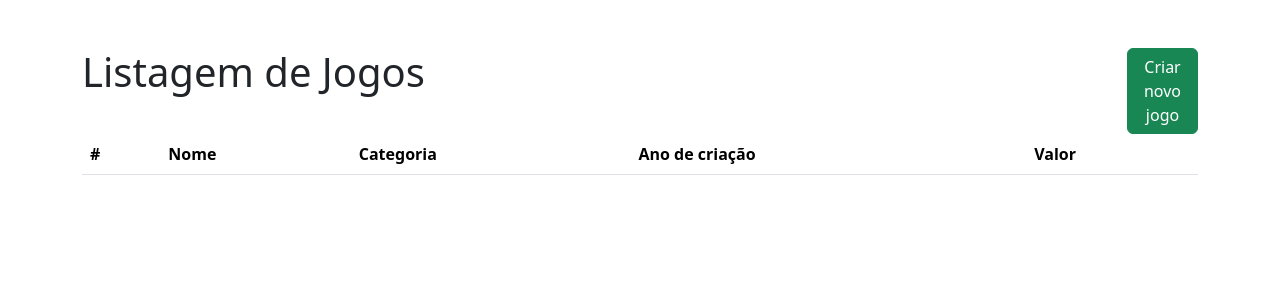
Repository: ytavares/game-registration
Page: http://localhost/jogos
The author's editor kept a copy of each file at every save. The page is drawn from the files as they stood at one save, then again after the next save.
The browser window is 1280 px wide. The pictures show the whole page.
The page is served by the project's Laravel application, run on PHP 8.4 with Laravel 10. Queries for data that is not in the repository find no rows.

Above is the page before, as saved 2023-09-16 00:45:34.

After the next save:
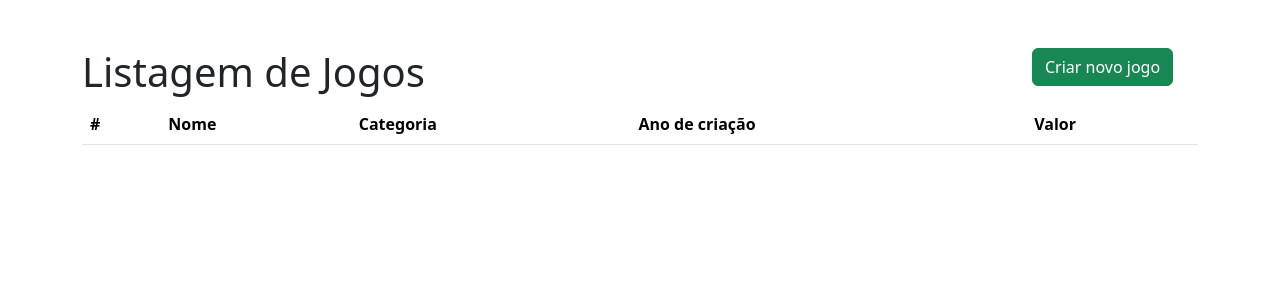
Saved 8 s later.
--- a/resources/views/jogos/index.blade.php
+++ b/resources/views/jogos/index.blade.php
@@ -4,10 +4,10 @@
 @section('content')
     <div class="container mt-5">
         <div class="row">
-            <div class="col-md-11">
+            <div class="col-md-10">
                 <h1>Listagem de Jogos</h1>
             </div>
-            <div class="col-md-1">
+            <div class="col-md-2">
                 <a href="{{ route('jogos-create')}}" class="btn btn-success">Criar novo jogo</a>
             </div>
         </div>
